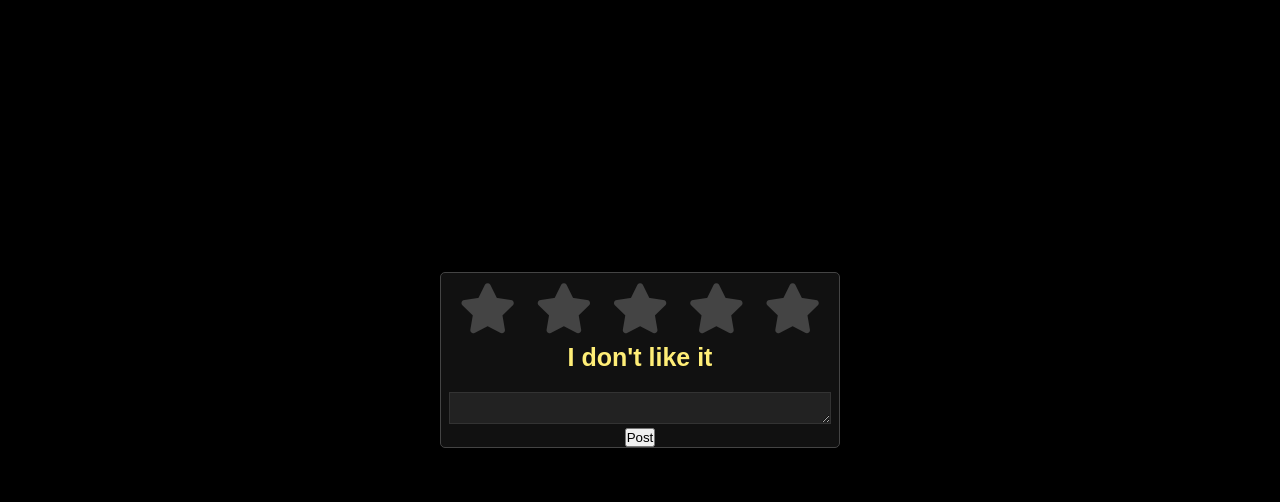
Repository: Suryansh-D/Star-Ratings
Page: index.html
The author's editor kept a copy of each file at every save. The page is drawn from the files as they stood at one save, then again after a run of saves.
The browser window is 1280 px wide. The pictures show the whole page.

Above is the page before, as saved 2024-02-03 09:59:20.

After the next 4 saves:
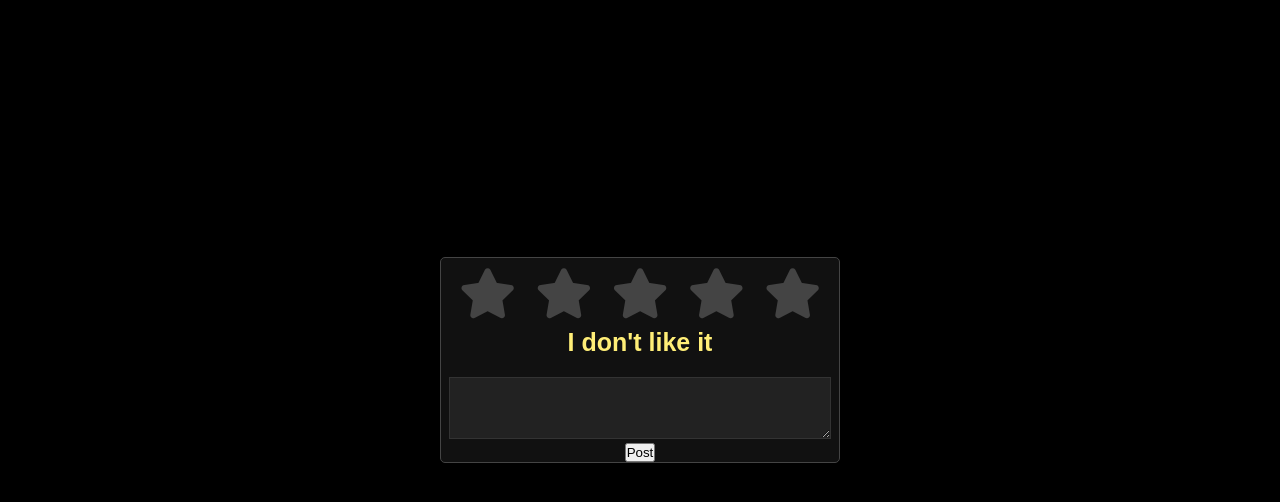
The 4 saves are shown as one change because they came seconds apart.
The last was saved 10 s later.
--- a/style.css
+++ b/style.css
@@ -68,5 +68,6 @@ form .textarea textarea{
     outline: none;
     border: 1px solid #333;
     background: #222;
-
+    padding: 10px;
+    font-size: 17px;
 }
